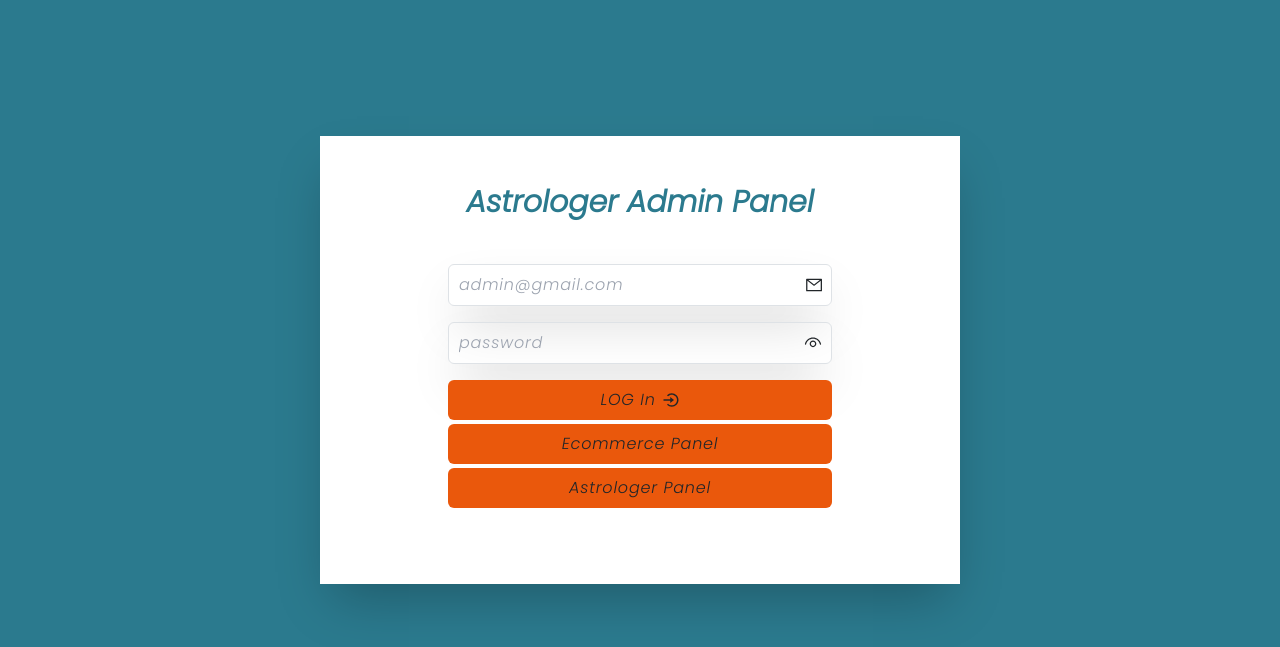
Repository: FlyweisReact/Hariom-Admin-Panel
Page: /
The author's editor kept a copy of each file at every save. The page is drawn from the files as they stood at one save, then again after a run of saves.
The browser window is 1280 px wide. The pictures show the whole page.
Some web libraries are served in a nearby version. The project was rebuilt for these pictures with package versions that can differ from the ones it lists, and the page was loaded fresh each time. Also part of the build but not shown: src/components/vendorPanel/components/layout/Navbar.jsx, src/components/vendorPanel/components/layout/Sidebar.jsx, src/components/vendorPanel/components/layout/HOC.jsx, src/components/vendorPanel/components/pages/Astrologer/Astrologers.js, src/components/vendorPanel/components/pages/Astrologer/Banners.js, src/vendorPanel/layout/Navbar.jsx, src/vendorPanel/layout/Sidebar.jsx, src/vendorPanel/layout/HOC.jsx and 5 more. Imported but missing from the stored project, and not drawn on this page: src/components/vendorPanel/components/pages/Astrologer/AdminDiscount, src/components/vendorPanel/components/pages/Astrologer/AdminReview, src/components/vendorPanel/components/pages/Astrologer/UploadDocs, src/components/vendorPanel/components/pages/Booking/Booking, src/components/vendorPanel/components/pages/Horoscope/Horoscope, src/components/vendorPanel/components/pages/Kundli/Kundli, src/components/vendorPanel/components/pages/Message/Message, src/components/vendorPanel/components/pages/Support and 2 more.

Above is the page before, as saved 2023-04-15 15:06:57.

After the next 3 saves:
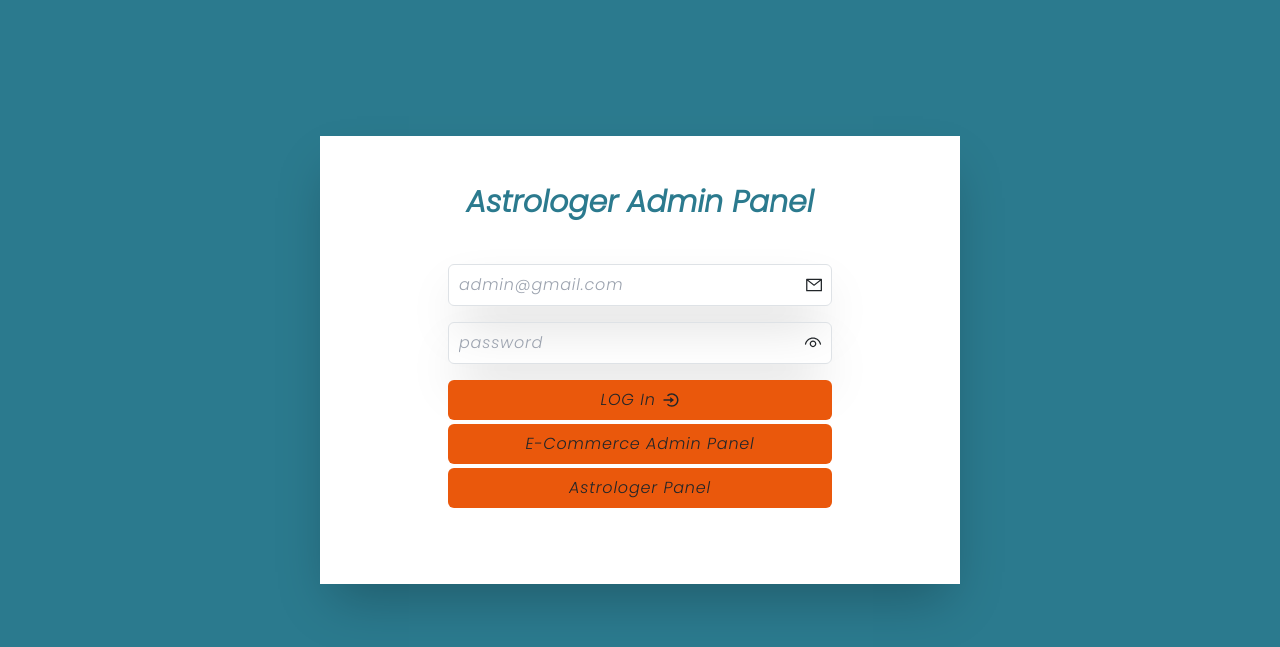
The 3 saves are shown as one change because they came seconds apart.
The last was saved 8 s later.
--- a/src/components/vendorPanel/components/forms/VendorLogin.jsx
+++ b/src/components/vendorPanel/components/forms/VendorLogin.jsx
@@ -89,7 +89,7 @@ const VendorLogin = () => {
               onClick={() => navigate("/")}
               className="py-2 cursor-pointer tracking-wider bg-orange-600 flex justify-center items-center w-full rounded-md font-medium mt-1 "
             >
-              Ecommerce Panel
+              E-Commerce Admin Panel
             </button>
             <button
               type="button"
